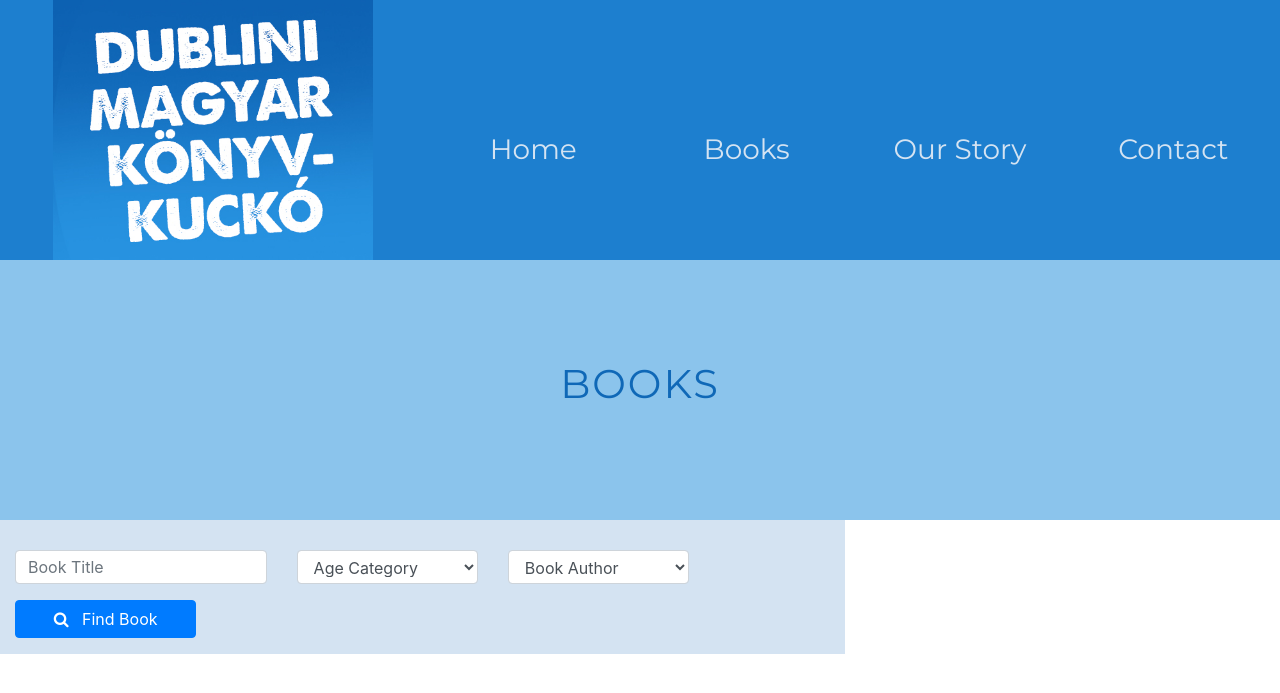
Repository: taikatta/Konyvkucko
Page: books.html
The author's editor kept a record of every edit. The page is drawn from the files as they stood at one moment, then again after the next edit.
The browser window is 1280 px wide. The pictures show the whole page.

Above is the page before.

### books.html
<!DOCTYPE html>
<html lang="en">

<head>
    <meta charset="UTF-8">
    <meta name="viewport" content="width=device-width, initial-scale=1.0">
    <meta http-equiv="X-UA-Compatible" content="ie=edge">
    <link rel="stylesheet" href="https://stackpath.bootstrapcdn.com/bootstrap/4.3.1/css/bootstrap.min.css" type="text/css" />
    <link rel="stylesheet" href="https://stackpath.bootstrapcdn.com/font-awesome/4.7.0/css/font-awesome.min.css" type="text/css" />
    <link rel="stylesheet" href="css/style.css" type="text/css" />
    <title>Dublini Magyar Könyvkuckó</title>
</head>

<body>
    <header>
        <div class="row no-gutters">
            <a class="col-md-4 logo" href="index.html">

            </a>
            <div class="col-md-8">

                <div class="row no-gutters">
                    <div class="col">
                        <ul id="nav" class="list-inline menucontainer">
                            <li class="col-6 col-sm-3 list-inline-item menuitem">
                                <a href="index.html"><span>Home</span></a>
                            </li>
                            <li class="col-6 col-sm-3 list-inline-item menuitem">
                                <a href="books.html"><span>Books</span></a>
                            </li>
                            <li class="col-6 col-sm-3 list-inline-item menuitem">
                                <a href="ourstory.html"><span>Our Story</span></a>
                            </li>
                            <li class="col-6 col-sm-3 list-inline-item menuitem">
                                <a href="contact.html"><span>Contact</span></a>
                            </li>
                        </ul>

                    </div>

                </div>

            </div>
            <div class="page-title">
                <h1> Books </h1>
            </div>



            <div class="book-search">
                <div class="container">
                    <form class method="get" action="books.html/">
                        <div class="row">



                            <div class="col-sm-6 col-md-4 form-group">

                                <input name="s" value type="text" class="form-control" id="keyboard" placeholder="Book Title">

                            </div>
                            <div class="col-sm-6 col-md-3 form-group">

                                <select name="product_cat" id="product_cat" class="form-control">
                                        <option value="0">Age Category</option>
                                        <option class="level-0" value="0-3">0 - 3 years old</option>
                                        <option class="level-1" value="2-5">2 - 5 years old</option>
                                    </select>

                            </div>
                            <div class="col-sm-6 col-md-3 form-group">

                                <select name="book_author" id="book-author" class="form-control">
                                        <option value="0">Book Author</option>
                                        <option class="level-0" value="BergJ">Berg Judit</option>
                                        <option class="level-1" value="AgocsI">Agocs Irisz</option>
                                        <option class="level-2" value="MarekV">Marek Veronika</option>
                                        <option class="level-3" value="VarroD">Varro Daniel</option>
                                    </select>

                            </div>
                            <div class="col-sm-6 col-md-3 form-group">

                                <input type="hidden" name="post_type" value="product">
                                <button type="submit" class="btn btn-primary btn-block">
                                        <i class="fa fa-search"></i>
                                        &nbsp;
                                        Find Book

                                    </button>
                            </div>


                        </div>
                    </form>
                </div>
            </div>

        </div>
    </header>
    <section>

    </section>
    <footer>

    </footer>

</body>

</html>

### css/style.css
@import url('https://fonts.googleapis.com/css?family=Montserrat&display=swap:100, 200, 300, 400, 500, 600, 700');

/*--------------------------------------------Colors*/



/*--------------------------------------------Heading*/

header {
    margin: 0;
}

.heading {
    margin-left: 50px;
}

.logo {
    background: url("../images/logo.jpg");
    background-position: center;
    background-repeat: no-repeat;
    background-size: 75%;
    min-height: 260px;
    background-color: #1d7fcf;
}

.list-inline-item:not(:last-child) {
    margin: 0;
}

.menucontainer {
    font-size: 0;
    background-color: #1d7fcf;
    min-height: 260px;
}

.menuitem a {
    width: 100%;
    text-decoration: none;
}

#nav li {
    font-family: "Montserrat", sans-serif;
    font-weight: 200;
    font-size: 28px;
    margin-top: 15%;
    margin-bottom: 90px;
    text-align: center;

}

#nav span {
    color: #d4e3f2;
}

#nav {
    margin: 0;
}

.page-title {
    font-family: "Montserrat", sans-serif;
    font-weight: 200;
    font-size: 28px;
    color: #0f68b7;
    background-color: #8bc4ec;
    min-height: 260px;
    width: 100%;
    text-transform: uppercase;
    letter-spacing: 2px;
}

.page-title h1 {
    margin-top: 100px;
    text-align: center;
}

.book-search {
    padding-top: 30px;
    background-color: #d4e3f2;
}

.container {
    margin-right: auto;
    margin-left: auto;
    padding-left: 15px;
    padding-right: 15px;
}

form {
    display: block;
    margin-top: 0em;
}

.form-control {
    display: block;
    width: 100%;
    height: 34px;
}

option {
    display: block;
    min-height: 1.2em;
}

After the next edit:
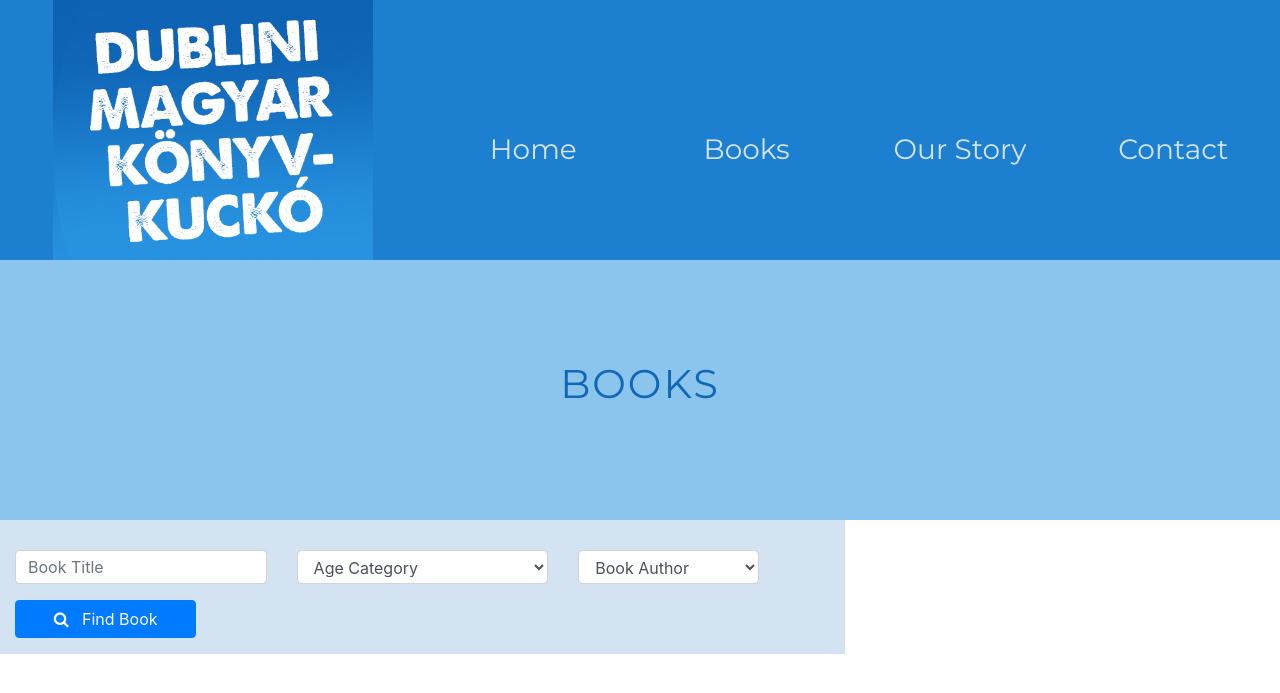
The edit:
--- a/books.html
+++ b/books.html
@@ -59,7 +59,7 @@
                                 <input name="s" value type="text" class="form-control" id="keyboard" placeholder="Book Title">
 
                             </div>
-                            <div class="col-sm-6 col-md-3 form-group">
+                            <div class="col-sm-6 col-md-4 form-group">
 
                                 <select name="product_cat" id="product_cat" class="form-control">
                                         <option value="0">Age Category</option>
